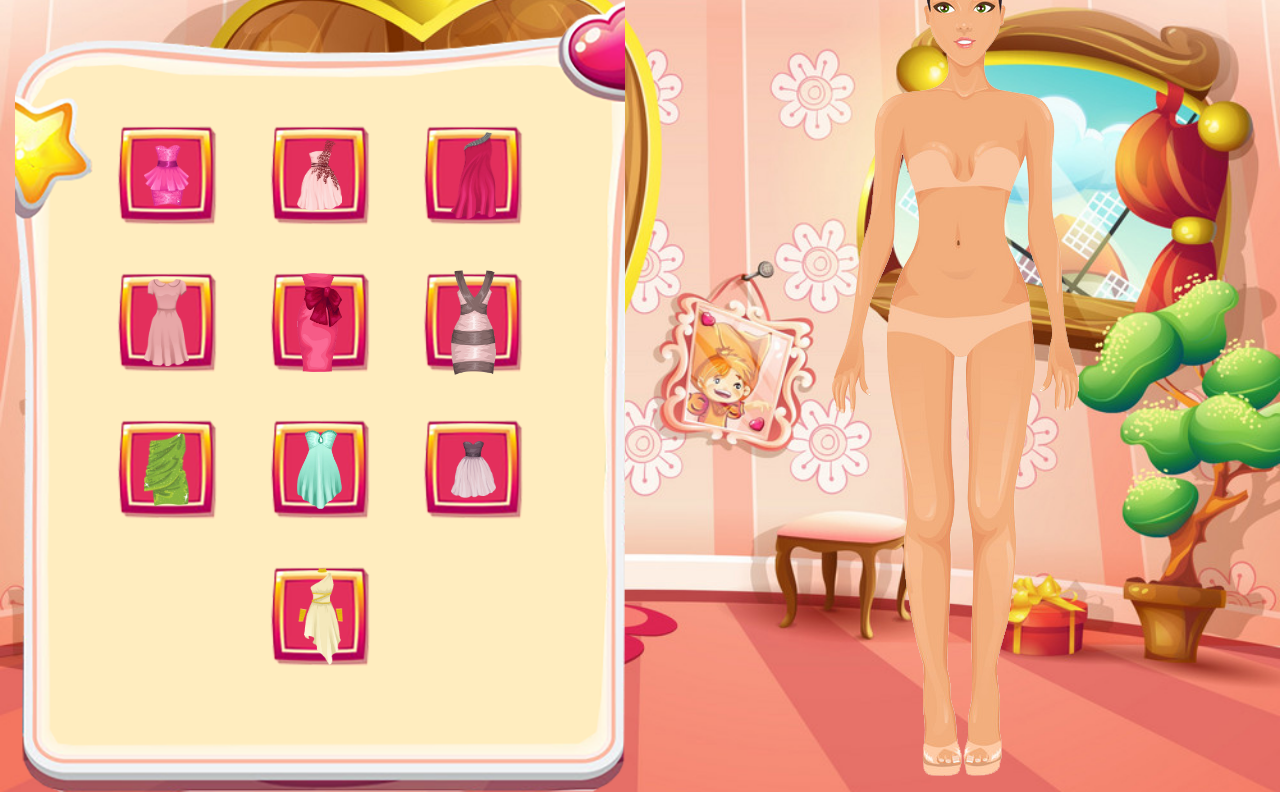
Repository: bunbubam/GameThayDoReactjs_NguyenKhacNghia
Page: /
The author's editor kept a copy of each file at every save. The page is drawn from the files as they stood at one save, then again after the next save.
The browser window is 1280 px wide. The pictures show the whole page.
The project was rebuilt for these pictures with package versions that can differ from the ones it lists, and the page was loaded fresh each time.

Above is the page before, as saved 2022-03-30 16:09:30.

After the next save:
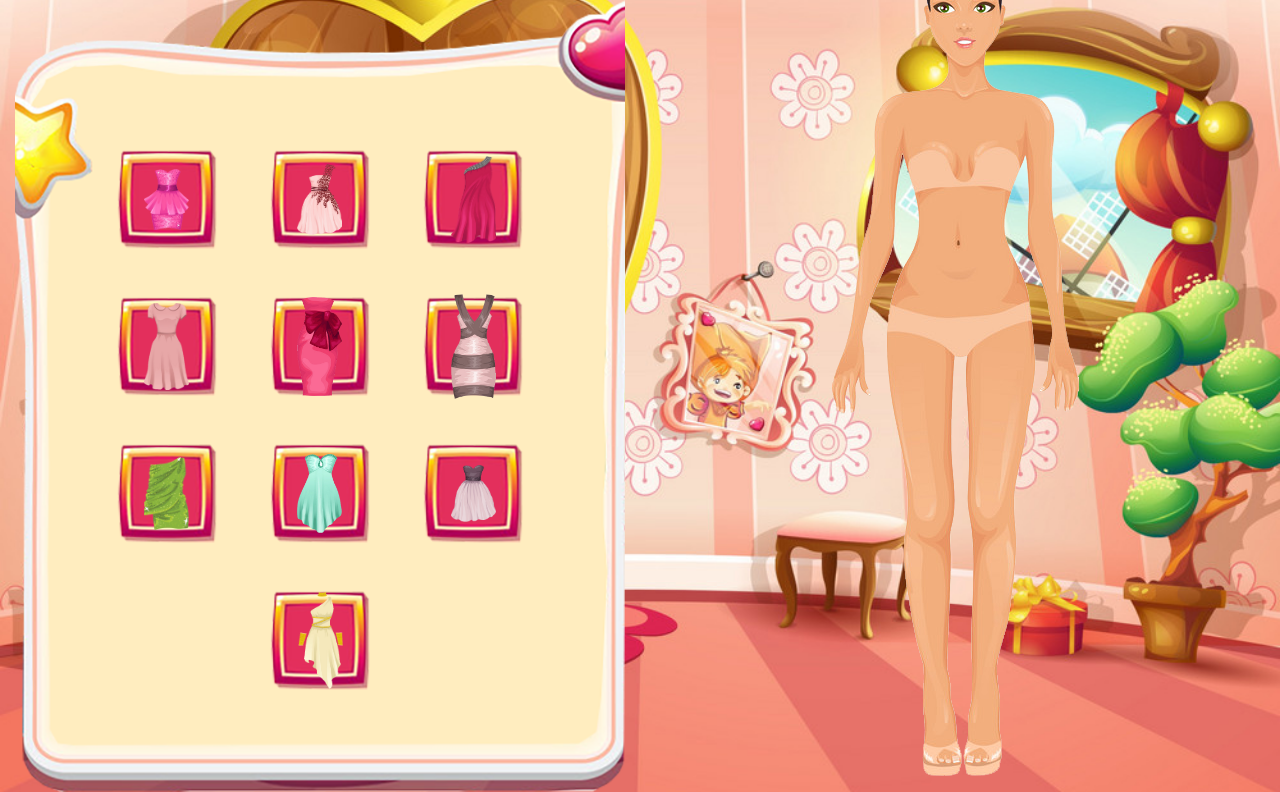
Saved 25 s later.
--- a/src/gamethaydo/dress.js
+++ b/src/gamethaydo/dress.js
@@ -30,7 +30,7 @@ changeClothing = (imgs) => {
                 <div className='dress-main'>
                     <div className='row'>
                         <div className='col-12 col-xl-6 block-left d-flex flex-direction-row justify-content-center'>
-                            <div className='clothing-box d-flex flex-column justify-content-center'>
+                            <div className='clothing-box d-flex flex-column justify-content-center pt-xl-5'>
                                 <div className='clothing-flex d-flex flex-direction-row justify-content-around lign-items-baseline mb-5'>
                                     <div className='clothing-item d-flex flex-direction-row justify-content-center align-items-center'>
                                         <img onClick={()=>this.changeClothing(Clothing1)} src={require('./images/trangphuc1.png')} className='img-fluid'/>
